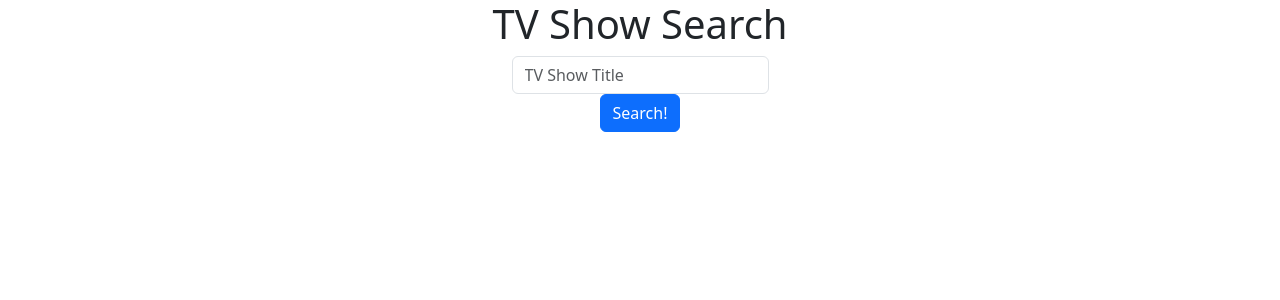
Repository: danieltikamori/wdb
Page: projects/TV-Show-search-app/index.html
These files come from the project's save history. The page is drawn as it stood at one moment and after the next save; the edit follows.
The browser window is 1280 px wide. The pictures show the whole page.
Some web libraries are served in a nearby version.

Above is the page before, as saved 2023-01-28 16:38:27.
Console error: TypeError: Cannot read properties of null (reading 'querySelector')

### projects/TV-Show-search-app/index.html
<!DOCTYPE html>
<html lang="en">
  <head>
    <meta charset="UTF-8" />
    <meta http-equiv="X-UA-Compatible" content="IE=edge" />
    <meta name="viewport" content="width=device-width, initial-scale=1.0" />
    <title>TV Show Search App</title>
    <link
      href="https://cdn.jsdelivr.net/npm/bootstrap@5.3.0-alpha1/dist/css/bootstrap.min.css"
      rel="stylesheet"
      integrity="sha384-GLhlTQ8iRABdZLl6O3oVMWSktQOp6b7In1Zl3/Jr59b6EGGoI1aFkw7cmDA6j6gD"
      crossorigin="anonymous"
    />
  </head>
  <body>
    <div class="container text-center">
      <h1>TV Show Search</h1>
      <div class="btn-group" class="form-floating my-3 container">
        <form action="" id="searchForm">
          <input
            type="text"
            name="query"
            id=""
            placeholder="TV Show Title"
            class="form-control"
          />
          <button class="btn btn-primary m">Search!</button>
        </form>
      </div>
    </div>

    <script
      src="https://cdn.jsdelivr.net/npm/bootstrap@5.3.0-alpha1/dist/js/bootstrap.bundle.min.js"
      integrity="sha384-w76AqPfDkMBDXo30jS1Sgez6pr3x5MlQ1ZAGC+nuZB+EYdgRZgiwxhTBTkF7CXvN"
      crossorigin="anonymous"
    ></script>
    <script src="https://cdn.jsdelivr.net/npm/axios@1.1.2/dist/axios.min.js"></script>
    <script src="app.js"></script>
  </body>
</html>

### projects/TV-Show-search-app/app.js
const form = document.querySelector("#searchForm");
form.addEventListener("submit", async function (e) {
  e.preventDefault();
  const searchTerm = form.elements.query.value;
  const configParams = { params: {q: searchTerm} };
  const queryResult = await axios.get(
    `https://api.tvmaze.com/search/shows`, configParams
  );
  displaytvshowImg(queryResult.data);
  form.elements.query.value = '';
});

const displaytvshowImg = (shows) => {
  for (let showResult of shows) {
    if (showResult.show.image) {
      const tvshowImg = document.createElement("IMG");
      tvshowImg.src = showResult.show.image.medium;
      document.body.append(tvshowImg);
    }
  }
};

(() => {
  'use strict'

  const storedTheme = localStorage.getItem('theme')

  const getPreferredTheme = () => {
    if (storedTheme) {
      return storedTheme
    }

    return window.matchMedia('(prefers-color-scheme: dark)').matches ? 'dark' : 'light'
  }

  const setTheme = function (theme) {
    if (theme === 'auto' && window.matchMedia('(prefers-color-scheme: dark)').matches) {
      document.documentElement.setAttribute('data-bs-theme', 'dark')
    } else {
      document.documentElement.setAttribute('data-bs-theme', theme)
    }
  }

  setTheme(getPreferredTheme())

  const showActiveTheme = theme => {
    const activeThemeIcon = document.querySelector('.theme-icon-active use')
    const btnToActive = document.querySelector(`[data-bs-theme-value="${theme}"]`)
    const svgOfActiveBtn = btnToActive.querySelector('svg use').getAttribute('href')

    document.querySelectorAll('[data-bs-theme-value]').forEach(element => {
      element.classList.remove('active')
    })

    btnToActive.classList.add('active')
    activeThemeIcon.setAttribute('href', svgOfActiveBtn)
  }

  window.matchMedia('(prefers-color-scheme: dark)').addEventListener('change', () => {
    if (storedTheme !== 'light' || storedTheme !== 'dark') {
      setTheme(getPreferredTheme())
    }
  })

  window.addEventListener('DOMContentLoaded', () => {
    showActiveTheme(getPreferredTheme())

    document.querySelectorAll('[data-bs-theme-value]')
      .forEach(toggle => {
        toggle.addEventListener('click', () => {
          const theme = toggle.getAttribute('data-bs-theme-value')
          localStorage.setItem('theme', theme)
          setTheme(theme)
          showActiveTheme(theme)
        })
      })
  })
})()

After the next save:
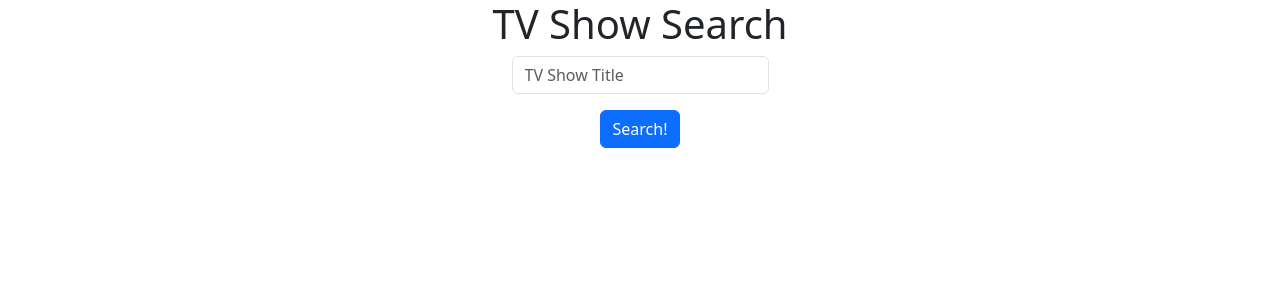
Saved 4 s later.
--- a/projects/TV-Show-search-app/index.html
+++ b/projects/TV-Show-search-app/index.html
@@ -24,7 +24,7 @@
             placeholder="TV Show Title"
             class="form-control"
           />
-          <button class="btn btn-primary m">Search!</button>
+          <button class="btn btn-primary m-3">Search!</button>
         </form>
       </div>
     </div>
